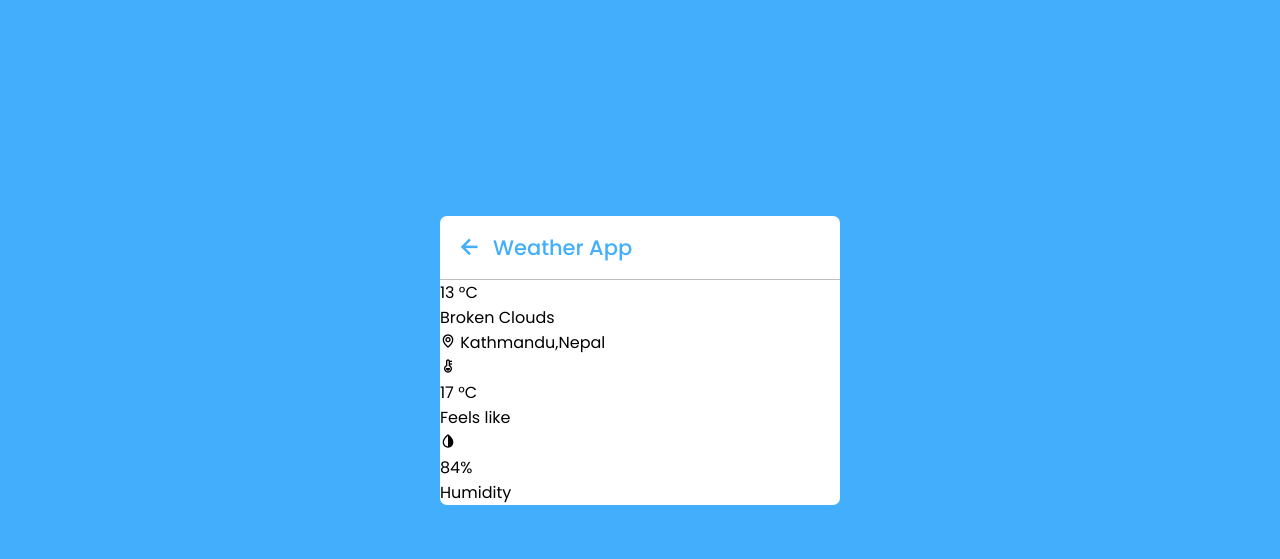
Repository: long13820/Weather-App-HTML-CSS-Javascript
Page: index.html
An editor plug-in stored every save of this project. The page is shown before and after the next save, followed by the edit.
The browser window is 1280 px wide. The pictures show the whole page.

Above is the page before, as saved 2021-09-02 10:48:23.

After the next save:
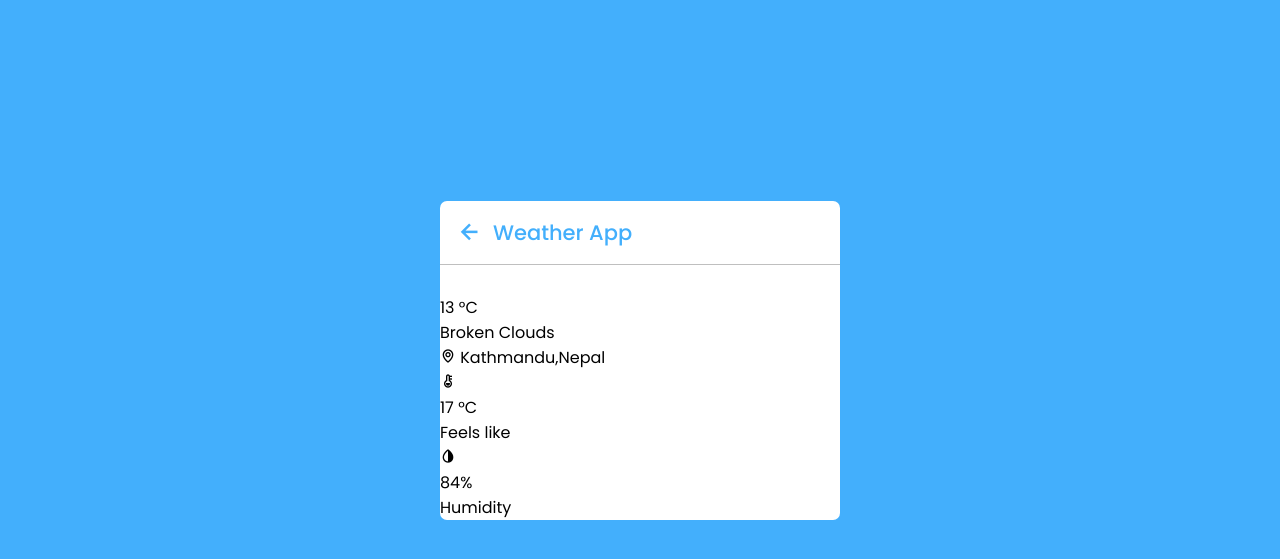
Saved 4 s later.
--- a/style.css
+++ b/style.css
@@ -95,5 +95,5 @@ header i{
 }
 
 .wrapper .weather-part{
-    ma
+    margin: 30px 0 0;
 }
